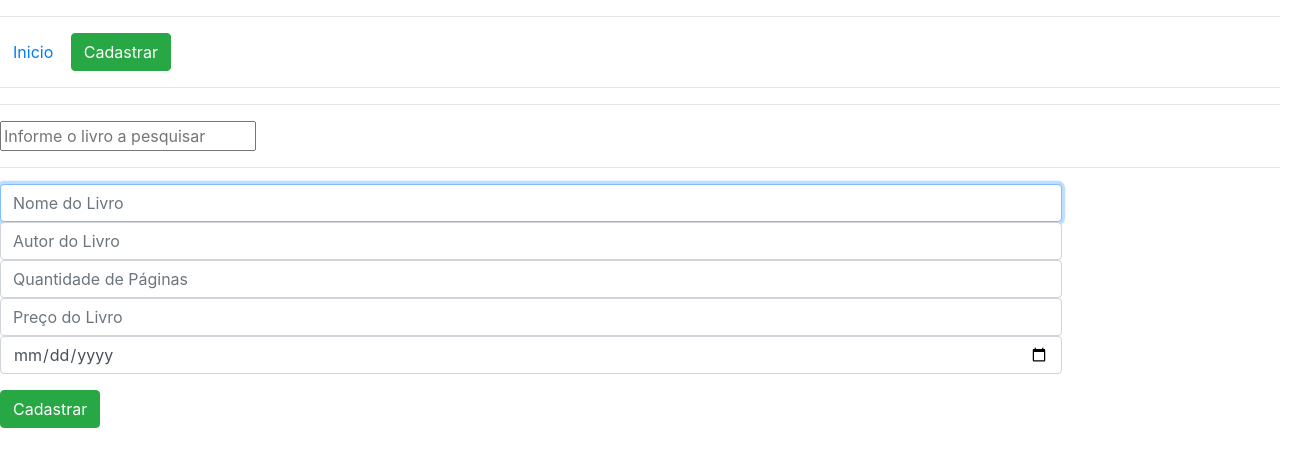
Repository: zz4fff/CRUD-MVC-PHP
Page: http://localhost/view/cadastro.php
The author's editor kept a copy of each file at every save. The page is drawn from the files as they stood at one save, then again after the next save.
The browser window is 1280 px wide. The page is 1295 px wide, then 1280 px, then 1295 px, so the pictures cover 1295 px, including what lies to the right of the window. The pictures show the whole page.
The page is run by PHP 8.4 with error messages shown; the project is at /var/www/html/.

Above is the page before, as saved 2025-01-31 07:41:11.

After the next save:
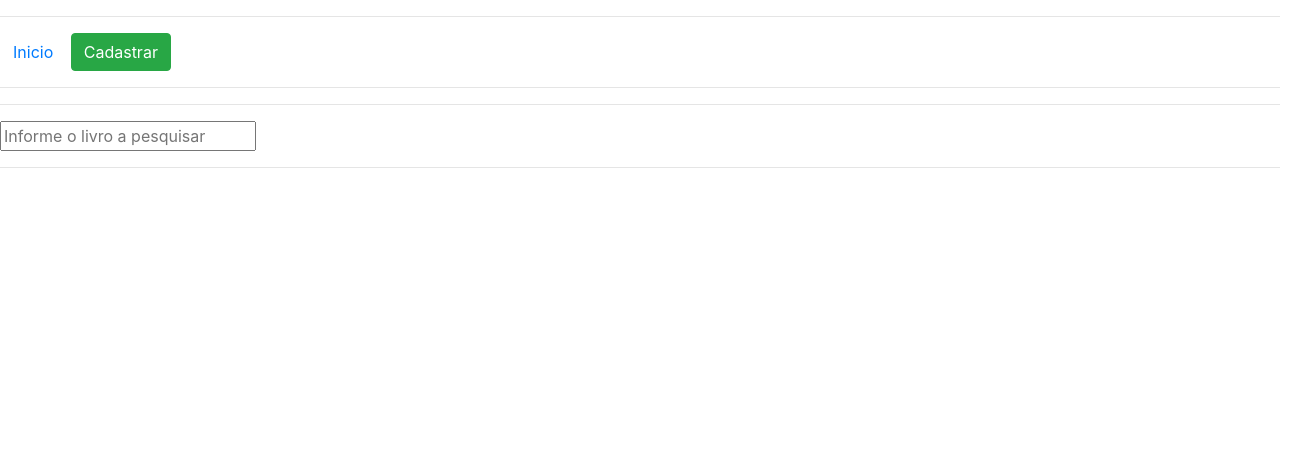
Console error: SyntaxError: Unexpected token '<'
Saved 59 s later.
--- a/view/menu.php
+++ b/view/menu.php
@@ -4,5 +4,10 @@
 <hr>
 
 <hr>
-  <input type="text" class="input" placeholder="Informe o livro a pesquisar" onkeypress="pesquisarParte();">
+  <input id="pesquisarParte" type="text" class="input" placeholder="Informe o livro a pesquisar" onkeypress="pesquisarParte();">
 <hr>
+
+<script language="javascript" type="text/javascript">
+    function formatarMoeda() {
+      var elemento = document.getElementById('pesquisarParte');
+      var valor = preco.value;

After the save that followed:
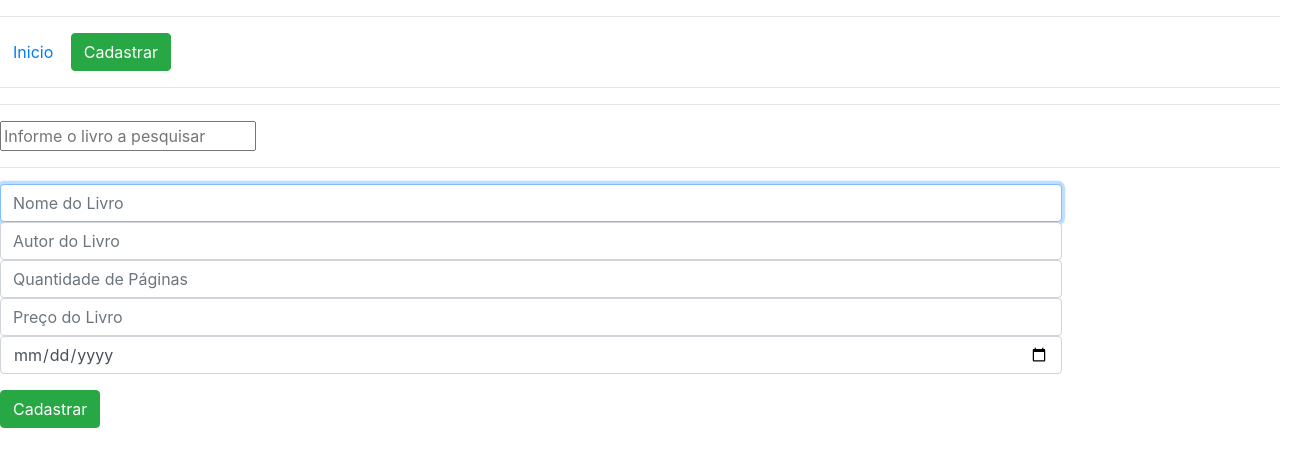
Console error: SyntaxError: Unexpected token '.'
Saved 30 s later.
--- a/view/menu.php
+++ b/view/menu.php
@@ -10,4 +10,6 @@
 <script language="javascript" type="text/javascript">
     function formatarMoeda() {
       var elemento = document.getElementById('pesquisarParte');
-      var valor = preco.value;
+      var valor = .value;
+    }
+</script>
